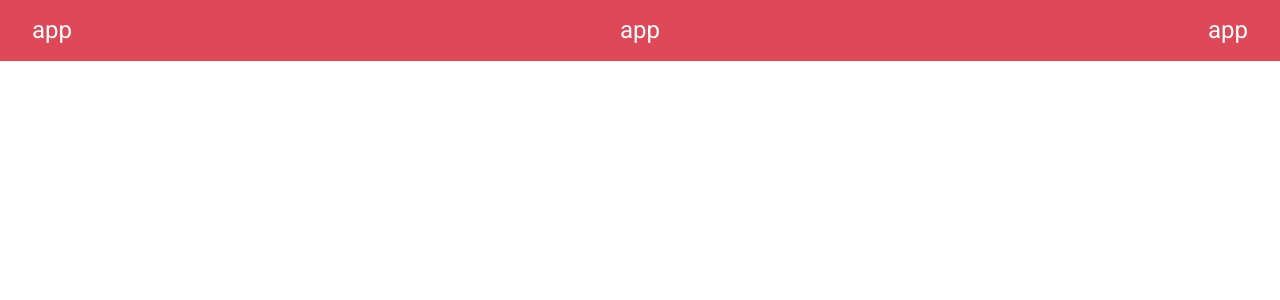
Repository: Richswag009/my-travel-journal
Page: /
These files come from the project's save history. The page is drawn as it stood at one moment and after the next save; the edit follows.
The browser window is 1280 px wide. The pictures show the whole page.
The project was rebuilt for these pictures with package versions that can differ from the ones it lists, and the page was loaded fresh each time.

Above is the page before, as saved 2022-06-14 15:23:44.

### public/index.html
<!DOCTYPE html>
<html lang="en">
  <head>
    <meta charset="utf-8" />
    <link rel="icon" href="%PUBLIC_URL%/favicon.ico" />
    <meta name="viewport" content="width=device-width, initial-scale=1" />
    <meta name="theme-color" content="#000000" />
    <meta name="description"content="Web site created using create-react-app"/>
    <link rel="apple-touch-icon" href="%PUBLIC_URL%/logo192.png" />
    <link rel="manifest" href="%PUBLIC_URL%/manifest.json" />
    <title>github finder</title>
  </head>
  <body>
    <noscript>You need to enable JavaScript to run this app.</noscript>
    <div id="root"></div>

  </body>
</html>

### src/App.js

import React,{Component} from 'react';
import './App.css';
// import Navbar from './component/layout/Navbar';
// import Users from './component/users/Users';
class App extends Component{
  render(){

    return (
      <div className="App">
        <ul className='navbar bg-danger lead'>
          <li>app</li>
          <li>app</li>
          <li>app</li>
        </ul>
        </div>
    );
  }
}

export default App;

Loaded but not shown: src/index.js (common file); src/App.css (common file)

After the next save:
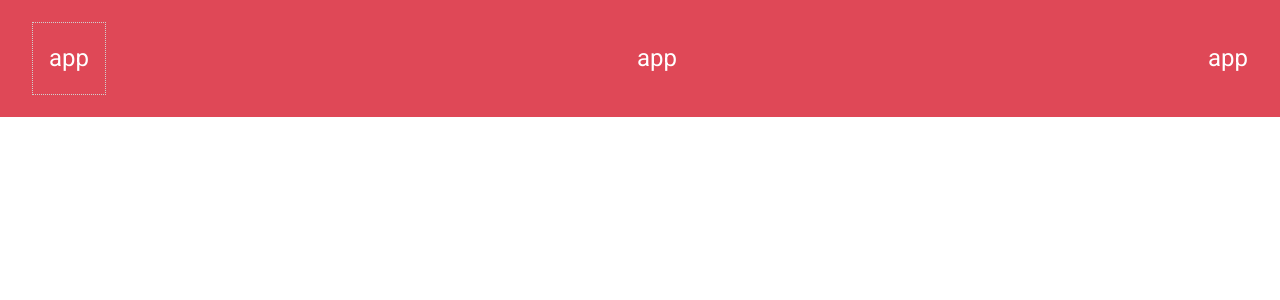
Saved 20 s later.
--- a/src/App.js
+++ b/src/App.js
@@ -9,7 +9,7 @@
     return (
       <div className="App">
         <ul className='navbar bg-danger lead'>
-          <li>app</li>
+          <li className='card'>app</li>
           <li>app</li>
           <li>app</li>
         </ul>
